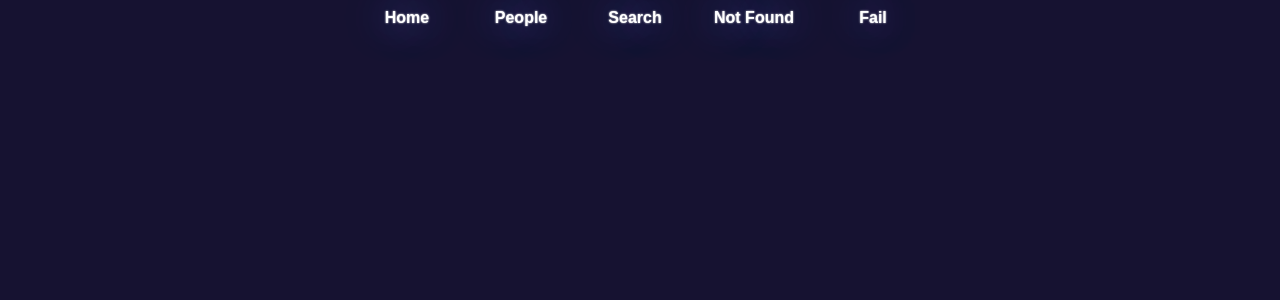
Repository: Minkeani/Money-Manager
Page: /
These files come from the project's save history. The page is drawn as it stood at one moment and after the next save; the edit follows.
The browser window is 1280 px wide. The pictures show the whole page.
The project was rebuilt for these pictures with package versions that can differ from the ones it lists, and the page was loaded fresh each time.

Above is the page before, as saved 2022-07-12 19:14:40.

### src/index.js
import React from 'react';
import ReactDOM from 'react-dom/client';
import './styles/index.css'
import App from './App';

const root = ReactDOM.createRoot(document.getElementById('root'));
root.render(
    <App />
);

### src/styles/index.css
:root {
  --color-theme: #161231;
	--color-white: #fff;
	--color-black: #000;
	--color-dark-gray: #10100e;
	--color-yellow: #ffff00;
	--color-blue: #6a84fb;
	--color-red: #f75d83;
	--font-bold: 600;
	--color-violet: #ae72c2;
	--text-shadow-yellow:
		0 0 2px var(--color-white),
		0 0 40px var(--color-blue);

	--spacing-medium: 20px;

	--spacing-small: 10px;

	--spacing-ultra-small: 5px;

	--spacing-large: 30px;

	--font-family-main: sans-serif;

	--border-radius-small: 3px;

	--border-radius-medium: 5px;

	--margin-list: 7px;

	--font-size-main: 16px;

	--font-size-header: 26px;

	--font-size-subheader: 18px;

	/* Theme */
	--theme-light-header: #dfe2df;

	--theme-dark-header: #ca6ca6;

	--theme-neitral-header: #cccc46;

	--theme-default-header: var(--theme-neitral-header);

	--transition: .4s;

	--theme-light-bg-img: linear-gradient(to top, #b7b7b7, #a396b0, #9a72a0, #984986, #960062);

	--theme-dark-bg-img:  linear-gradient(to top, #6a2b60, #532143, #3b192b, #221118, #000000);

	--width-max: 1200px

}
body {
  margin: 0;
	padding: 0;
	background-color: var(--color-theme);
  font-family: -apple-system, BlinkMacSystemFont, 'Segoe UI', 'Roboto', 'Oxygen',
    'Ubuntu', 'Cantarell', 'Fira Sans', 'Droid Sans', 'Helvetica Neue',
    sans-serif;
  -webkit-font-smoothing: antialiased;
  -moz-osx-font-smoothing: grayscale;
}

code {
  font-family: source-code-pro, Menlo, Monaco, Consolas, 'Courier New',
    monospace;
}

### src/App.js
import './App.css';
import Header from './components/Header/Header';

function App() {
  return (
    <div className="App">
      <Header/>
    </div>
  );
}

export default App;

### src/App.css
.App {
  text-align: center;
  display: flex;
  justify-content: center;
  align-items: center;
  margin: 0 auto;
}

.App-logo {
  height: 40vmin;
  pointer-events: none;
}

@media (prefers-reduced-motion: no-preference) {
  .App-logo {
    animation: App-logo-spin infinite 20s linear;
  }
}

.App-header {
  background-color: #282c34;
  min-height: 100vh;
  display: flex;
  flex-direction: column;
  align-items: center;
  justify-content: center;
  font-size: calc(10px + 2vmin);
  color: white;
}

.App-link {
  color: #61dafb;
}

@keyframes App-logo-spin {
  from {
    transform: rotate(0deg);
  }
  to {
    transform: rotate(360deg);
  }
}

### src/components/Header/Header.jsx
import React from 'react'
import styles from './Header.module.css'
import Link from 'react-router-dom'

export default function Header() {
  return (
    <div className={styles.container}>
    <ul className={styles.list__container}>
        <li><a to='/' exact='true' >Home</a></li>
        <li><a to='/people/?page=1' exact='true' >People</a></li>
        <li><a to='/search' exact='true' >Search</a></li>
        <li><a to="/not-found" exact='true'>Not Found</a></li>
        <li><a to="/fail" exact='true'>Fail</a></li>
    </ul>

    </div>
  )
}

### src/components/Header/Header.module.css
.container {
    display: flex;
    align-items: center;
    margin-bottom: var(--spacing-large);
}
.list__container {
    display: flex;
    flex-wrap: wrap;
    margin: 0;
    padding: 0;
    list-style-type: none;
}
.list__container a {
    display: block;
    margin: 0 10px;
    padding: 7px 10px;
    min-width: 70px;
    border: 2px solid transparent;
    border-radius: var(--border-radius-small);
    color: var(--color-white);
    text-align: center;
    font-family: var(--font-family-main);
    text-decoration: none;
    font-weight: var(--font-bold);
    text-shadow: var(--text-shadow-yellow);
    transition: var(--transition);
    cursor: pointer
}
.list__container :global(a.active) {
    border: 2px solid var(--color-violet);
    color: var(--color-violet);
    text-shadow: none;
}

.logo {
    width: 60px;
    height: 60px;
    margin-right: var(--spacing-large);
    object-fit: cover;
    object-position: center center;
}

Loaded but not shown: public/index.html (common file)

After the next save:
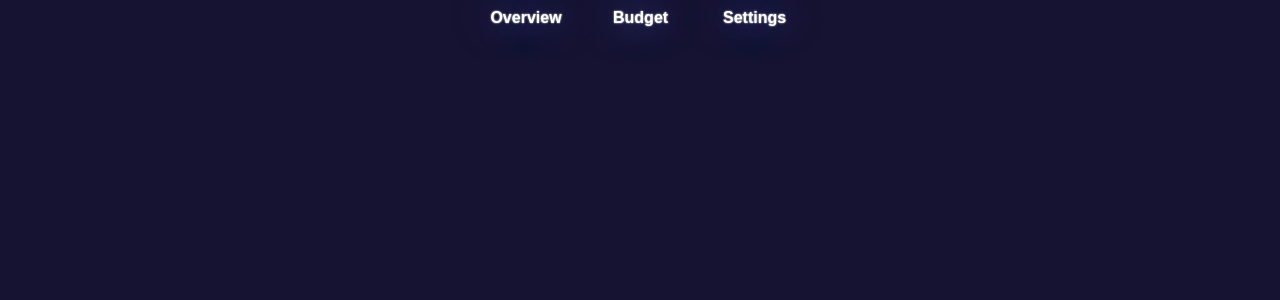
Saved 107 s later.
--- a/src/components/Header/Header.jsx
+++ b/src/components/Header/Header.jsx
@@ -6,11 +6,9 @@ export default function Header() {
   return (
     <div className={styles.container}>
     <ul className={styles.list__container}>
-        <li><a to='/' exact='true' >Home</a></li>
-        <li><a to='/people/?page=1' exact='true' >People</a></li>
-        <li><a to='/search' exact='true' >Search</a></li>
-        <li><a to="/not-found" exact='true'>Not Found</a></li>
-        <li><a to="/fail" exact='true'>Fail</a></li>
+        <li><a to='/Overview' exact='true' >Overview</a></li>
+        <li><a to='/Budget' exact='true' >Budget</a></li>
+        <li><a to="/Settings" exact='true'>Settings</a></li>
     </ul>
 
     </div>
